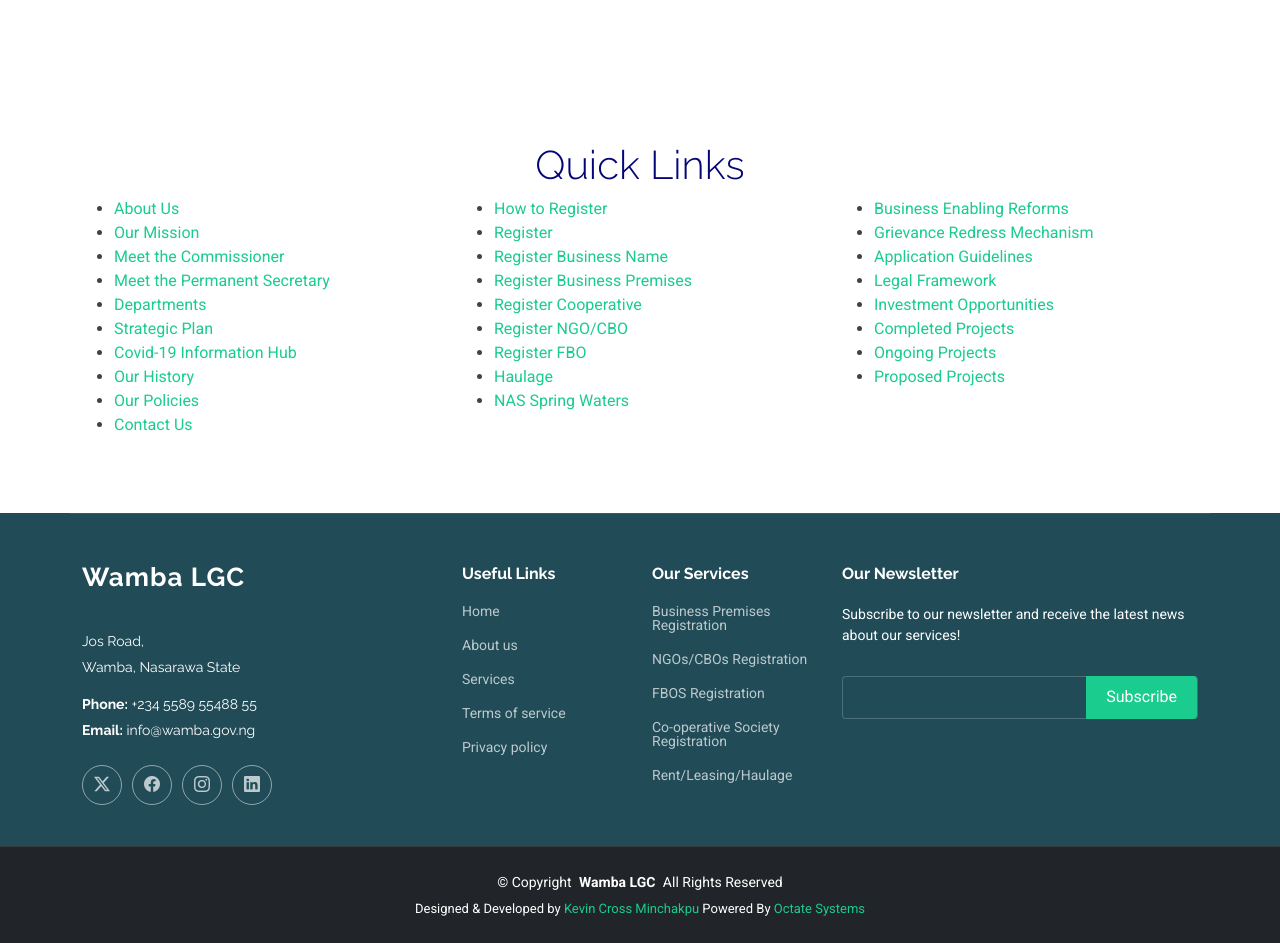
Repository: GlorifiedIntel/wamba-lgc
Page: about-wamba.html
These files come from the project's save history. The page is drawn as it stood at one moment and after the next save; the edit follows.
The browser window is 1280 px wide. The pictures show the part of the page from y = 2954 to 3906 px (the page is 3897 px tall before and 3921 px after).
A picture or video elsewhere on the page could not be fetched, so the positions and the page height are approximate.

Above is the page before, as saved 2025-02-06 02:18:00.
Console error: TypeError: Cannot read properties of null (reading 'click')

After the next save:
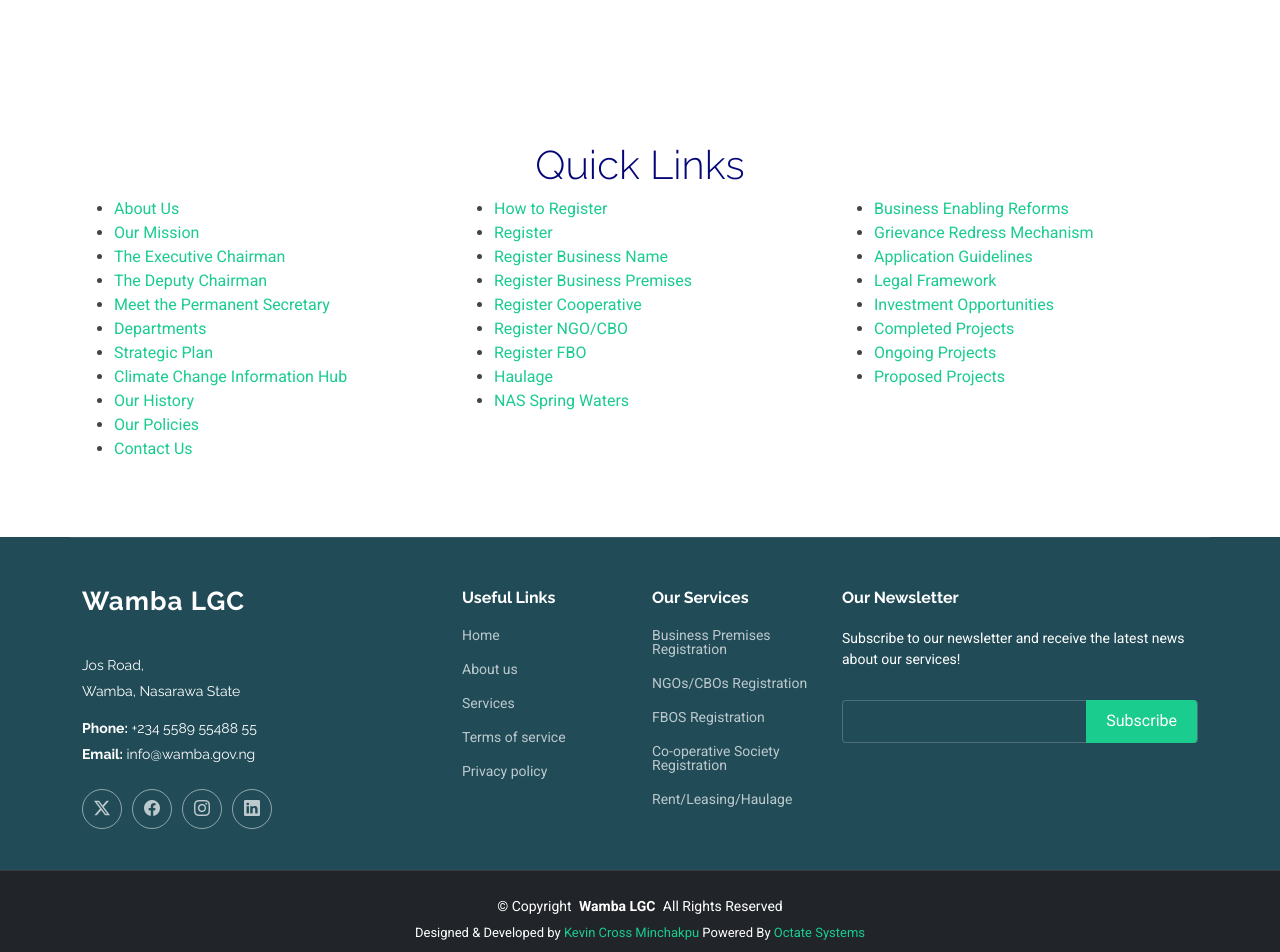
Saved 114 s later.
--- a/about-wamba.html
+++ b/about-wamba.html
@@ -226,13 +226,14 @@
           <h2 class="display-6">Quick Links</h2>
           <div class="col text-start quick-links">
             <ul>
-              <li><a href="about-mtii.html">About Us</a></li>
-              <li><a href="about-mtii.html">Our Mission</a></li>
-              <li><a href="the-commissioner.html">Meet the Commissioner</a></li>
+              <li><a href="about-wamba.html">About Us</a></li>
+              <li><a href="about-wamba.html">Our Mission</a></li>
+              <li><a href="the-chairman.html">The Executive Chairman</a></li>
+              <li><a href="the-deputy.html">The Deputy Chairman</a></li>
               <li><a href="the-secretary.html">Meet the Permanent Secretary</a></li>
               <li><a href="departments.html">Departments</a></li>
               <li><a href="strategic-plans.html">Strategic Plan</a></li>
-              <li><a href="climate-change.html">Covid-19 Information Hub</a></li>
+              <li><a href="climate-change.html">Climate Change Information Hub</a></li>
               <li><a href="our-history.html">Our History</a></li>
               <li><a href="our-policies.html">Our Policies</a></li>
               <li><a href="contact-us.html">Contact Us</a></li>
